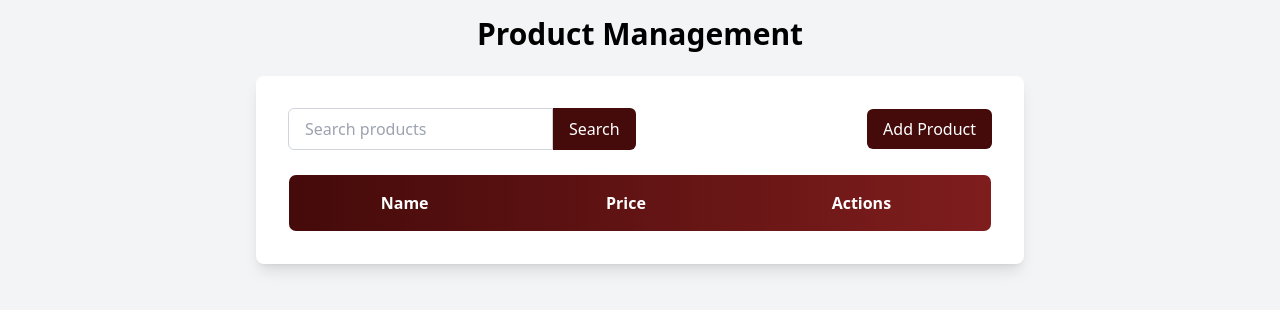
Repository: shaafsalman/product-Management-MERN
Page: /home (app in frontend/)
These files come from the project's save history. The page is drawn as it stood at one moment and after the next save; the edit follows.
The browser window is 1280 px wide. The pictures show the whole page.
The page's requests for data from a server got no answer. The project was rebuilt for these pictures with package versions that can differ from the ones it lists, and the page was loaded fresh each time. No one was signed in, and anything a server would have sent is missing. Also part of the build but not shown: frontend/vite.config.js, frontend/src/Cards/messageCard.jsx, frontend/src/Pages/Login.jsx, frontend/src/Pages/SighnUp.jsx, frontend/src/Pages/NoPage.jsx, frontend/src/Pages/AddProduct.jsx.

Above is the page before, as saved 2024-05-15 07:53:48.

After the next save:
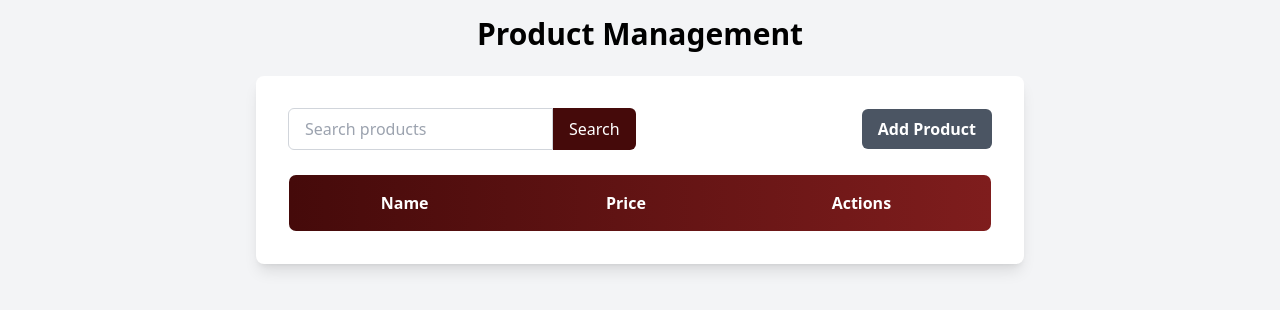
Saved 11 s later.
--- a/frontend/src/Pages/Home.jsx
+++ b/frontend/src/Pages/Home.jsx
@@ -104,7 +104,7 @@ const Home = () => {
           </div>
           <button
             onClick={showAdd}
-            className="px-4 py-2 bg-red-950 text-white rounded-md hover:bg-red-800 focus:outline-none focus:bg-red-800"
+            className="px-4 py- bg-gray-600 text-white py-2 rounded-md font-semibold transition duration-300"
           >
             Add Product
           </button>
